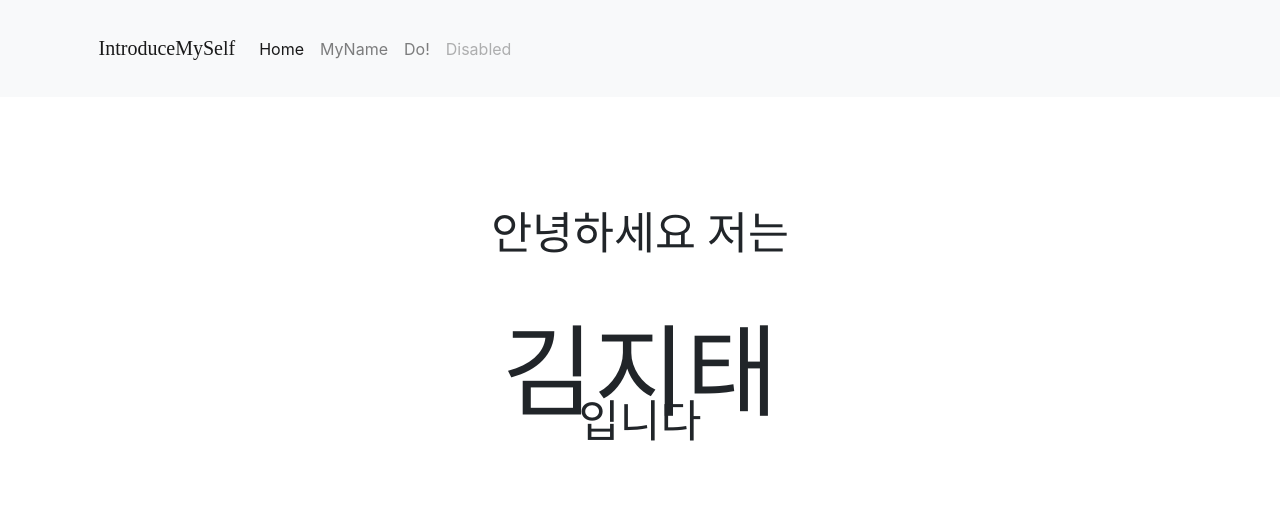
Repository: wlxo0401/IntroduveMySelf
Page: IntroduceMySelf/WebContent/Index.html
An editor plug-in stored every save of this project. The page is shown before and after the next save, followed by the edit.
The browser window is 1280 px wide. The pictures show the whole page.

Above is the page before, as saved 2020-03-11 05:32:01.

### IntroduceMySelf/WebContent/Index.html
<!DOCTYPE html>
<html>
  <head>
    <!-- Required meta tags -->
    <meta charset="utf-8">
    <meta name="viewport" content="width=device-width, initial-scale=1, shrink-to-fit=no">

    <!-- Bootstrap CSS -->
    <link rel="stylesheet" href="https://stackpath.bootstrapcdn.com/bootstrap/4.4.1/css/bootstrap.min.css" integrity="sha384-Vkoo8x4CGsO3+Hhxv8T/Q5PaXtkKtu6ug5TOeNV6gBiFeWPGFN9MuhOf23Q9Ifjh" crossorigin="anonymous">

    <title>Hello, world!</title>
    <link rel = "stylesheet" href = "style.css">
  </head>
<body>

<div id = "wrap">
	<!-- header -->
	<div id = "header">
		<nav class="navbar navbar-expand-lg navbar-light bg-light nav-distance">
			<a class="navbar-brand" href="#">IntroduceMySelf</a>
		  	<button class="navbar-toggler" type="button" data-toggle="collapse" data-target="#navbarNav" aria-controls="navbarNav" aria-expanded="false" aria-label="Toggle navigation">
		    	<span class="navbar-toggler-icon"></span>
		  	</button>
		  	<div class="collapse navbar-collapse" id="navbarNav">
		    	<ul class="navbar-nav">
		      		<li class="nav-item active">
		        		<a class="nav-link" href="#">Home <span class="sr-only">(current)</span></a>
		      		</li>
		      		<li class="nav-item">
		        		<a class="nav-link" href="#">MyName</a>
		      		</li>
		      		<li class="nav-item">
		        		<a class="nav-link" href="#">Do!</a>
		      		</li>
		      		<li class="nav-item">
		        		<a class="nav-link disabled" href="#" tabindex="-1" aria-disabled="true">Disabled</a>
		      		</li>
		    	</ul>
			</div>
		</nav>
	</div>
	<!-- //header -->
	<!-- container -->
	<div id = "container">
		<h1 id = maintitle2>안녕하세요 저는</h2>
		<h1 id = maintitle1>김지태</h1>
		<h1 id = maintitle2>입니다</h2>
	</div>
	<!-- //container -->
	<!-- footer -->
	<div id = "footer">

	</div>
	<!-- //footer -->
</div>
<!-- Optional JavaScript -->
<!-- jQuery first, then Popper.js, then Bootstrap JS -->
<script src="https://code.jquery.com/jquery-3.4.1.slim.min.js" integrity="sha384-J6qa4849blE2+poT4WnyKhv5vZF5SrPo0iEjwBvKU7imGFAV0wwj1yYfoRSJoZ+n" crossorigin="anonymous"></script>
<script src="https://cdn.jsdelivr.net/npm/popper.js@1.16.0/dist/umd/popper.min.js" integrity="sha384-Q6E9RHvbIyZFJoft+2mJbHaEWldlvI9IOYy5n3zV9zzTtmI3UksdQRVvoxMfooAo" crossorigin="anonymous"></script>
<script src="https://stackpath.bootstrapcdn.com/bootstrap/4.4.1/js/bootstrap.min.js" integrity="sha384-wfSDF2E50Y2D1uUdj0O3uMBJnjuUD4Ih7YwaYd1iqfktj0Uod8GCExl3Og8ifwB6" crossorigin="anonymous"></script>
</body>
</html>

### IntroduceMySelf/WebContent/style.css
body{
	background-color: #ffffff
}

#container{
	margin-top: 100px;
}

#maintitle1{
	width: 547;
	height: 44px;
	font-family: NanumSquareR;
	font-size: 100px;
	line-height: 1.67;
	text-align: center;
	color: #354655d;
	margin-top: 50px;
	margin-bottom: 50px;
}


#maintitle2{
	width: 547;
	height: 44px;
	font-family: NanumSquareR;
	font-size: 44.5px;
	line-height: 1.67;
	text-align: center;
	color: #354655d;
}


.nav-distance{
	padding: 2.1% 7.7%
}

.navbar-brand{
	font-family: NanumSquareR;
	line-height: 1.68;
	text-align: left;
	color: #35465d;
}

After the next save:
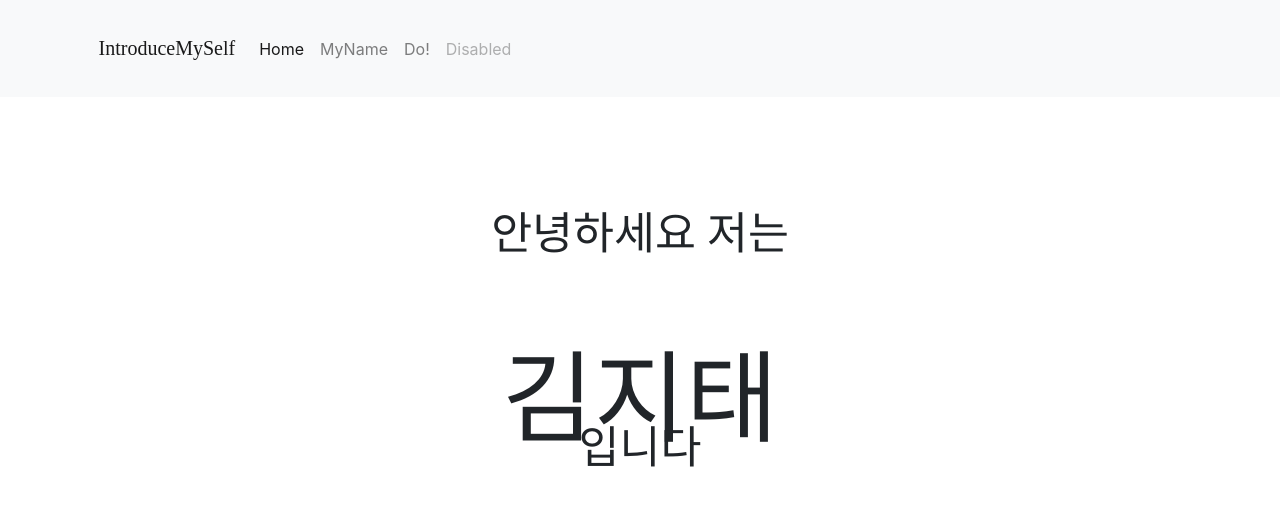
Saved 14 s later.
--- a/IntroduceMySelf/WebContent/style.css
+++ b/IntroduceMySelf/WebContent/style.css
@@ -21,7 +21,7 @@
 
 #maintitle2{
 	width: 547;
-	height: 44px;
+	height: 70px;
 	font-family: NanumSquareR;
 	font-size: 44.5px;
 	line-height: 1.67;

After the save that followed:
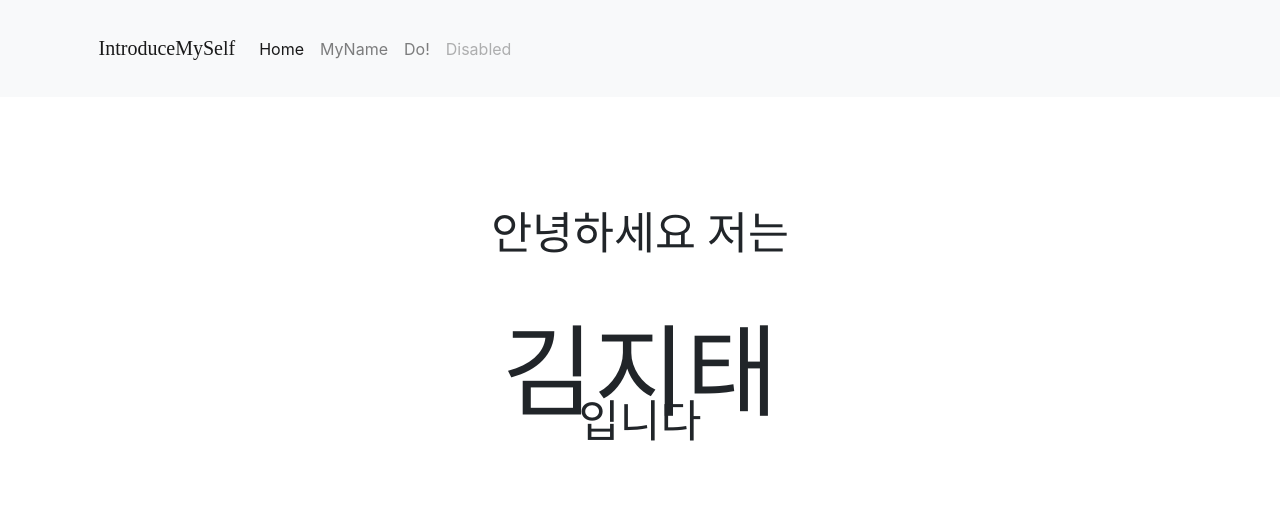
Saved 11 s later.
--- a/IntroduceMySelf/WebContent/style.css
+++ b/IntroduceMySelf/WebContent/style.css
@@ -21,7 +21,7 @@
 
 #maintitle2{
 	width: 547;
-	height: 70px;
+	height: 44px;
 	font-family: NanumSquareR;
 	font-size: 44.5px;
 	line-height: 1.67;
